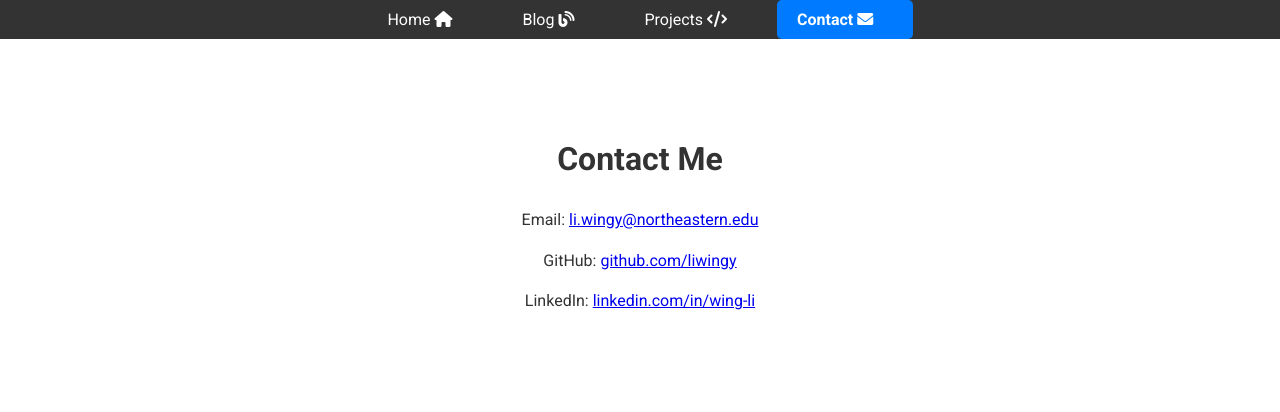
Repository: liwingy/cs5610_fall24_project1
Page: contact.html
An editor plug-in stored every save of this project. The page is shown before and after the next save, followed by the edit.
The browser window is 1280 px wide. The pictures show the whole page.

Above is the page before, as saved 2024-10-07 21:08:17.

After the next save:
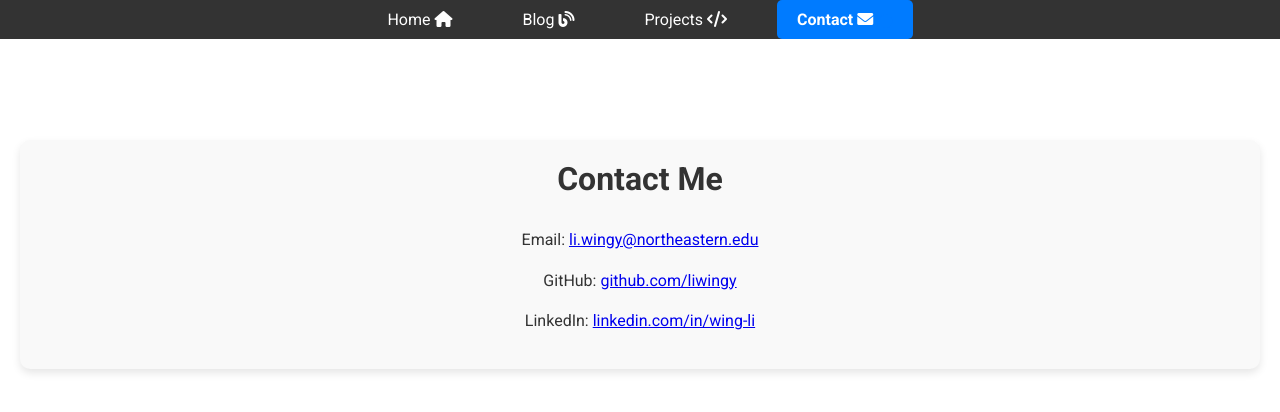
Saved 44 s later.
--- a/contact.html
+++ b/contact.html
@@ -20,7 +20,8 @@
     <main>
         <section class="contact">
             <div class="grids">
-            <h2>Contact Me</h2>
+                <div class="blog-item">
+                <h2>Contact Me</h2>
             <br>
                 <p>Email: <a href="mailto:li.wingy@northeastern.edu">li.wingy@northeastern.edu</a></p>
                 <p>GitHub: <a href="https://github.com/liwingy" target="_blank">github.com/liwingy</a></p>
